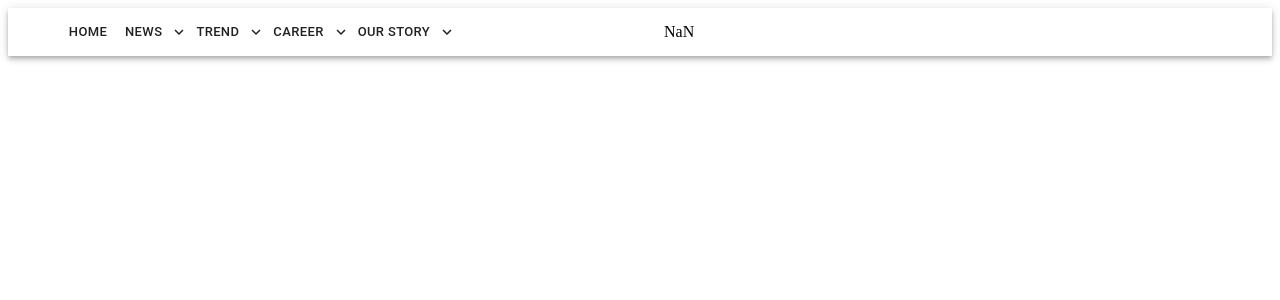
Repository: menamerai/fixi-vn-alpha
Page: /
An editor plug-in stored every save of this project. The page is shown before and after the next save, followed by the edit.
The browser window is 1280 px wide. The pictures show the whole page.
The project was rebuilt for these pictures with package versions that can differ from the ones it lists, and the page was loaded fresh each time. Also part of the build but not shown: src/App.css.

Above is the page before, as saved 2020-09-21 21:14:21.

### src/App.js
import React from 'react';
import NavBar from './components/navbar/NavBar';
import './css/App.css';

function App() {
  return (
    <div className="app">
      <NavBar />
    </div>
  );
}

export default App;

### src/components/navbar/NavBar.jsx
import React from 'react';
import { AppBar, Toolbar, Button, Menu, MenuItem, Container, TableContainer } from "@material-ui/core";
import ExpandMoreIcon from '@material-ui/icons/ExpandMore';
import { useHistory, withRouter } from 'react-router-dom';

const NavBar = () => {
    const history = useHistory();
    // Add menu anchors (?)

    const buttons = [
        "News",
        "Trend",
        "Career",
        "Our Story"
    ].map(button => (
        <Button endIcon={<ExpandMoreIcon />} size="small">
            {button}
        </Button>
    ));

    return (
        <AppBar position="static" color="transparent">
            <Toolbar variant="dense">
                <Container className="buttons">
                    <Button size="small">
                        Home
                    </Button>
                    {buttons}
                </Container>
                <Container classname="icons">
                    {<ExpandMoreIcon /> * 3}
                </Container>
            </Toolbar>
        </AppBar>
    )
}

export default NavBar;

Loaded but not shown: public/index.html (common file); src/index.js (common file); src/serviceWorker.js (common file)

After the next save:
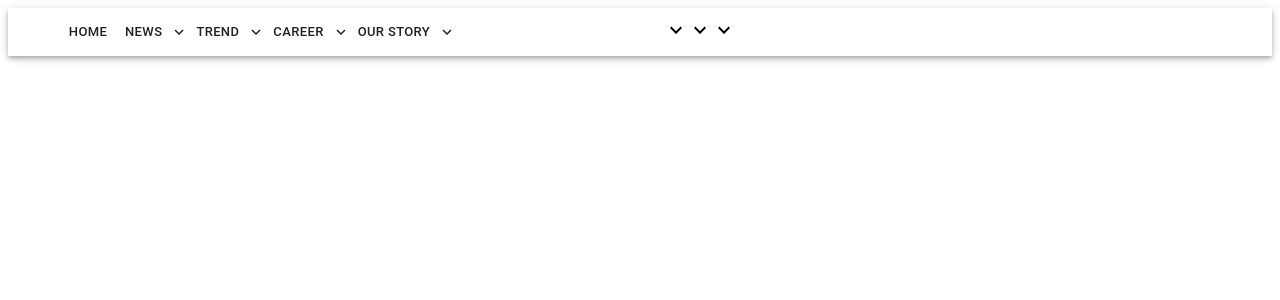
Saved 22 s later.
--- a/src/components/navbar/NavBar.jsx
+++ b/src/components/navbar/NavBar.jsx
@@ -28,7 +28,9 @@
                     {buttons}
                 </Container>
                 <Container classname="icons">
-                    {<ExpandMoreIcon /> * 3}
+                    <ExpandMoreIcon />
+                    <ExpandMoreIcon />
+                    <ExpandMoreIcon />
                 </Container>
             </Toolbar>
         </AppBar>
